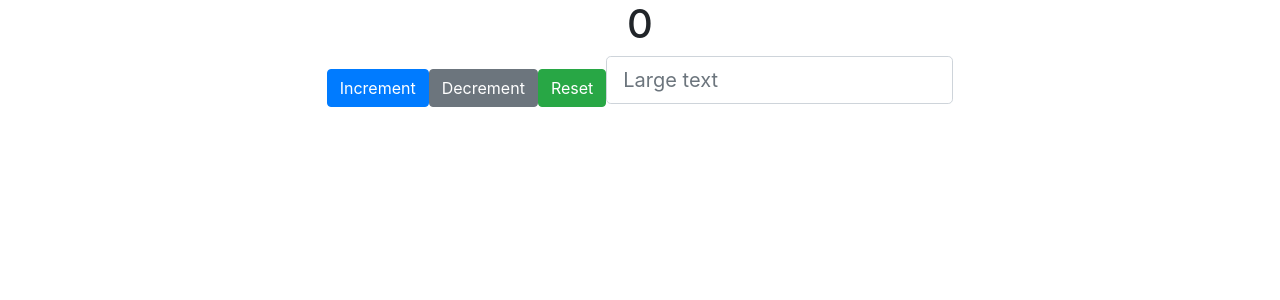
Repository: tts2610/redux-counter
Page: /
These files come from the project's save history. The page is drawn as it stood at one moment and after the next save; the edit follows.
The browser window is 1280 px wide. The pictures show the whole page.
The project was rebuilt for these pictures with package versions that can differ from the ones it lists, and the page was loaded fresh each time.

Above is the page before, as saved 2020-06-09 14:48:49.

### src/index.js
import React from "react";
import ReactDOM from "react-dom";
import "./index.css";
import App from "./App";
import * as serviceWorker from "./serviceWorker";
import { createStore } from "redux";
import { Provider } from "react-redux";

const initialState = {
  count: 0,
};

function countReducer(state = initialState, action) {
  switch (action.type) {
    case "INCREMENT":
      return {
        count: state.count + 1,
      };
    case "DECREMENT":
      return {
        count: state.count - 1,
      };
    case "RESET":
      return {
        count: 0,
      };
    default:
      return state;
  }
}

const store = createStore(
  countReducer,
  // Hooks up Redux Devtools
  window.__REDUX_DEVTOOLS_EXTENSION__ && window.__REDUX_DEVTOOLS_EXTENSION__()
);

ReactDOM.render(
  <Provider store={store}>
    <App />
  </Provider>,
  document.getElementById("root")
);

// If you want your app to work offline and load faster, you can change
// unregister() to register() below. Note this comes with some pitfalls.
// Learn more about service workers: https://bit.ly/CRA-PWA
serviceWorker.unregister();

### src/App.js
import React, { useState } from "react";
import logo from "./logo.svg";
import "./App.css";
import { useSelector, useDispatch } from "react-redux";
import "bootstrap/dist/css/bootstrap.min.css";
import { Form, Button } from "react-bootstrap";

function App() {
  const count = useSelector((state) => state.count);
  const dispatch = useDispatch();
  return (
    <div className="App">
      <h1>{count}</h1>
      <div
        style={{
          display: "flex",
          justifyContent: "center",
          alignItems: "center",
        }}
      >
        <Button
          onClick={() => dispatch({ type: "INCREMENT" })}
          variant="primary"
        >
          Increment
        </Button>{" "}
        <Button
          onClick={() => dispatch({ type: "DECREMENT" })}
          variant="secondary"
        >
          Decrement
        </Button>{" "}
        <Button onClick={() => dispatch({ type: "RESET" })} variant="success">
          Reset
        </Button>{" "}
        <Form.Group>
          <Form.Control size="lg" type="text" placeholder="Large text" />
        </Form.Group>
      </div>
    </div>
  );
}

export default App;

Loaded but not shown: public/index.html (common file); src/index.css (common file); src/serviceWorker.js (common file); src/App.css (common file)

After the next save:
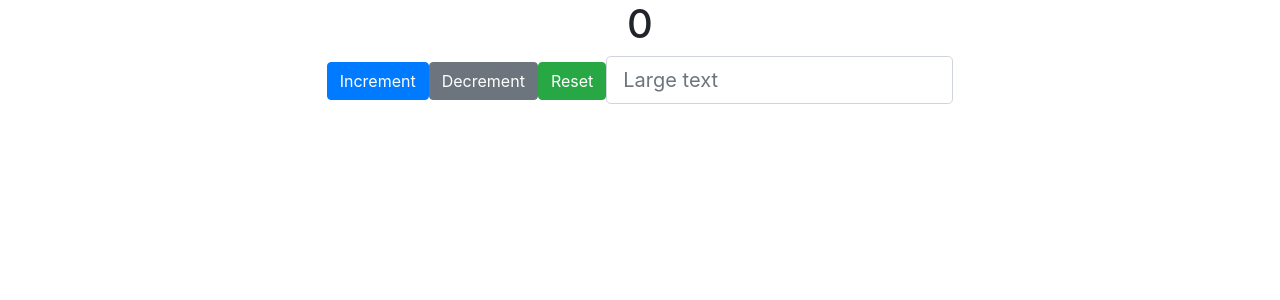
Saved 82 s later.
--- a/src/App.js
+++ b/src/App.js
@@ -15,7 +15,7 @@ function App() {
         style={{
           display: "flex",
           justifyContent: "center",
-          alignItems: "center",
+          alignItems: "baseline",
         }}
       >
         <Button
